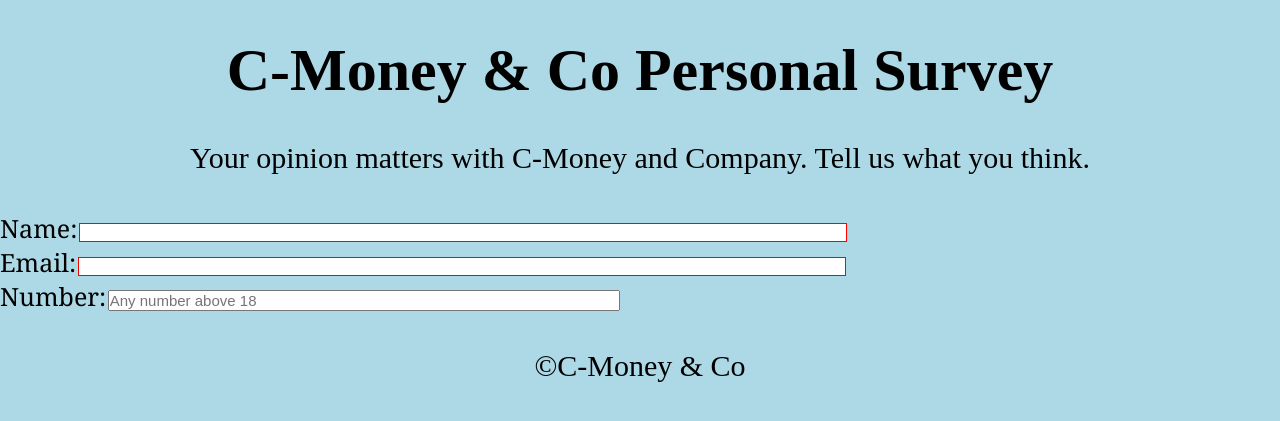
Repository: ctcoleman/surveyForm
Page: index.html
An editor plug-in stored every save of this project. The page is shown before and after the next save, followed by the edit.
The browser window is 1280 px wide. The pictures show the whole page.

Above is the page before, as saved 2020-06-26 10:37:06.
Console error: TypeError: Cannot read properties of null (reading 'addEventListener')

### index.html
<!DOCTYPE html>
<html lang="en">

<!-- Head -->
  <head>
    <meta name="description" content="Survey Form Example Project">
    <meta name="author" content="Christopher Coleman">
    <meta name="title" content="Survey Form Project">
    <meta name="keywords" content="Survey, Forms, HTML, CSS, Example, Project"
    <meta name="viewport" content="width=device-width, initial-scale=1.0">
    <meta charset="UTF-8">
    <link rel="stylesheet" type="text/css" href="/assets/stylesheets/index.css">
    <title>Survey Form Project</title>
  </head>

<!-- Body -->
  <body>


    <!-- Main Content-->
    <main id="main">

      <!-- Header -->
      <header id="titleHeading" class="heading">
        <h1 id="title">C-Money & Co Personal Survey</h1>
      </header>

      <!-- Description of Survey-->
      <section class="descriptionSection">
        <p id="description">Your opinion matters with C-Money and Company. Tell us what you think.</p>
      </section>

      <!-- Survey Form -->
      <form id="survey-form" class="formWrapper" action="#" method="post">
        <!-- Name -->
        <div class="nameEntery">
          <label for="name-label">Name:</label>
          <input type="text" id="name" name="user_name" required="required">
        </div>
        <!-- E-Mail -->
        <div class="emailEntery">
          <label for="email-label">Email:</label>
          <input type="email" id="email" name="user_email" required>
        </div>
        <!-- Number -->
        <div class="numberEntery">
          <label for="number-label">Number:</label>
          <input type="number" id="number" placeholder="Any number above 18" min="18" max="150">
        </div>
      </form>

      <!-- Footer -->
      <footer>
        <p>&copy;C-Money & Co</p>
      </footer>
    </main>

    <script>
      const btn = document.querySelector('button');
      const txt = document.querySelector('p')

      btn.addEventListener('click', updateBtn);

      function updateBtn () {
        if (btn.textContent === 'I am a button') {
          btn.textContent = 'I am a new button';
          txt.textContent = 'New Lorem Ipsum';
        } else {
          btn.textContent = 'I am a button';
          txt.textContent = 'Lorem Ipsum'
        }
      }
    </script>
    <script>url('https://cdn.freecodecamp.org/testable-projects-fcc/v1/bundle.js')</script>
  </body>
</html>

### assets/stylesheets/index.css
* {
  margin: 0;
  padding: 0;
  outline: 0;
  box-sizing: border-box;
  font-size: 62.5%;
}

html {
 background: lightblue;
 color: black;
 -webkit-font-smoothing: antialiased;
}

h1 {
  font-size: 6rem;
  text-align: center;
  margin: 5vh 3vw;
}

p {
  font-size: 3rem;
  text-align: center;
  margin: 5vh 3vw;
}

input {
  font-size: 1.5rem;
  width: 60vw;
}
#number {
  width: 40vw;
}
input:required {
  border: 1px solid red;
}

label {
  font-size: 2.5rem;
  font-family: Georgia, 'Times New Roman', Times, serif;
}

After the next save:
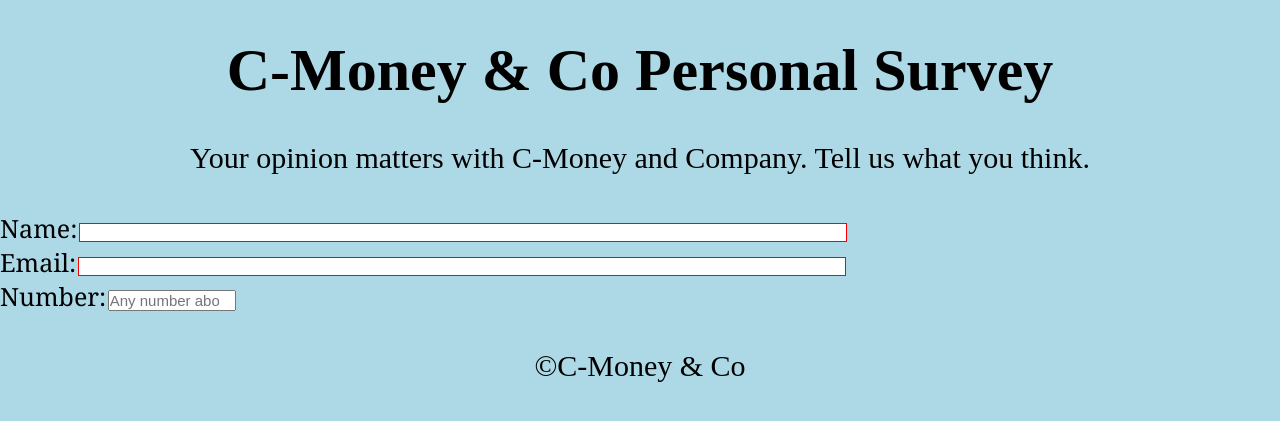
Saved 5 s later.
--- a/assets/stylesheets/index.css
+++ b/assets/stylesheets/index.css
@@ -29,7 +29,7 @@ input {
   width: 60vw;
 }
 #number {
-  width: 40vw;
+  width: 10vw;
 }
 input:required {
   border: 1px solid red;
